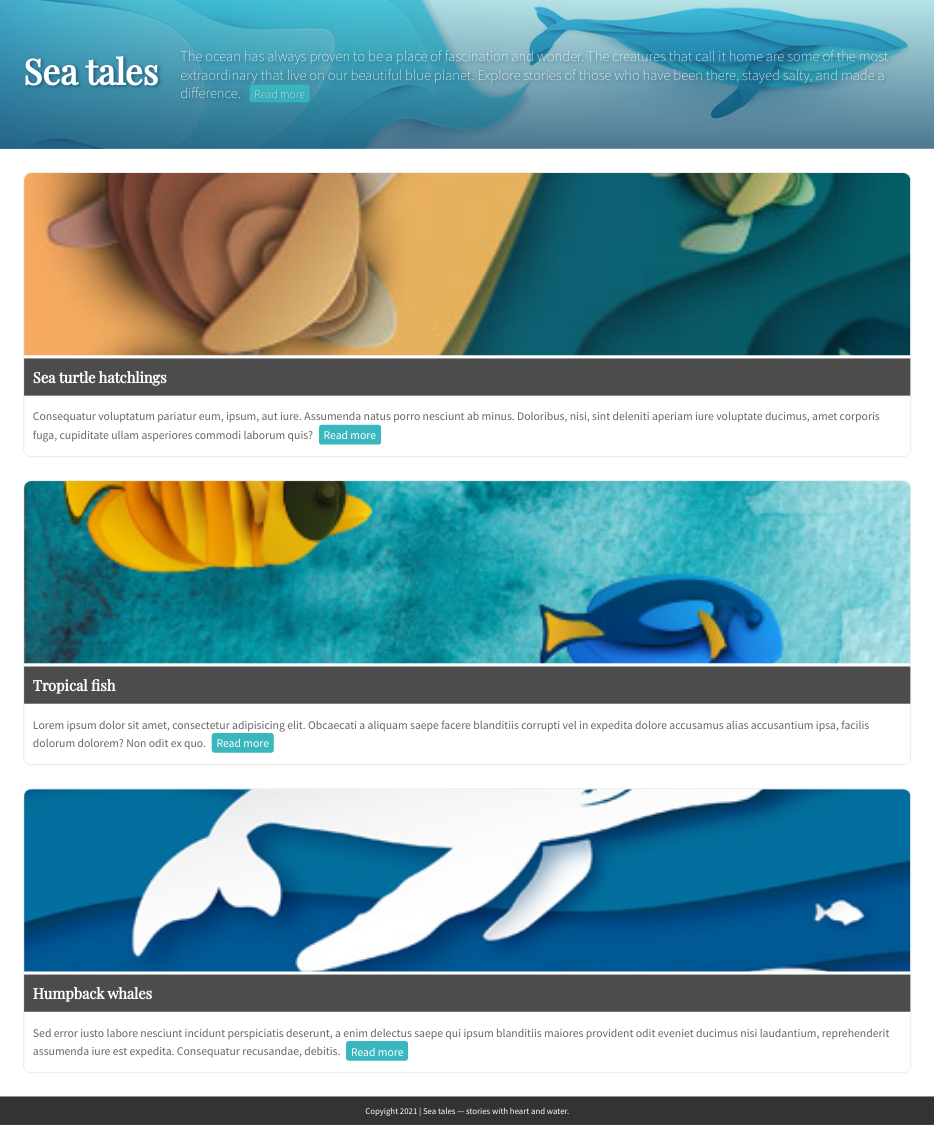
Repository: mariocapitbrok/css-combining-grid-and-flexbox-0305
Page: index.html
An editor plug-in stored every save of this project. The page is shown before and after the next save, followed by the edit.
The browser window is 1280 px wide. The pictures show the whole page, at 73% of full size.

Above is the page before, as saved 2022-10-07 13:59:35.

### index.html
<!DOCTYPE html>
<html lang="en">
<head>
    <meta charset="UTF-8">
    <meta name="viewport" content="width=device-width, initial-scale=1.0">
    <title>Responsive webpage using flex and grid</title>
    <link rel="stylesheet" href="styles/base.css">
</head>
<body>

<main class="wrapper">
    <section class="hero">
        <h1>Sea tales</h1>
        <p>The ocean has always proven to be a place of fascination and wonder. The creatures that call it home are some of the most extraordinary that live on our beautiful blue planet. Explore stories of those who have been there, stayed salty, and made a difference. <a href="#">Read more</a></p>
    </section>
    <section class="stories">
       <article>
            <figure>
                <img src="images/s1.jpg" alt="sea tales">
                <figcaption>
                    <h3>Sea turtle hatchlings</h3>
                </figcaption>
            </figure>
            <p>Consequatur voluptatum pariatur eum, ipsum, aut iure. Assumenda natus porro nesciunt ab minus. Doloribus, nisi, sint deleniti aperiam iure voluptate ducimus, amet corporis fuga, cupiditate ullam asperiores commodi laborum quis?<a href="">Read more</a></p>
        </article>

        <article>
            <figure>
                <img src="images/s2.jpg" alt="sea tales">
                <figcaption>
                    <h3>Tropical fish</h3>
                </figcaption>
            </figure>
            <p>Lorem ipsum dolor sit amet, consectetur adipisicing elit. Obcaecati a aliquam saepe facere blanditiis corrupti vel in expedita dolore accusamus alias accusantium ipsa, facilis dolorum dolorem? Non odit ex quo.<a href="">Read more</a></p>
        </article>

        <article>
            <figure>
                <img src="images/s3.jpg" alt="sea tales">
                <figcaption>
                    <h3>Humpback whales</h3>
                </figcaption>
            </figure>
            <p>Sed error iusto labore nesciunt incidunt perspiciatis deserunt, a enim delectus saepe qui ipsum blanditiis maiores provident odit eveniet ducimus nisi laudantium, reprehenderit assumenda iure est expedita. Consequatur recusandae, debitis.<a href="">Read more</a></p>
        </article>
    </section>
</main>

<footer>
    <p>Copyight 2021 | Sea tales &mdash; stories with heart and water.</p>
</footer>


</body>
</html>

### styles/base.css
@import url('https://fonts.googleapis.com/css?family=Playfair+Display|Source+Sans+Pro:200,400');

* {
    box-sizing: border-box;
    padding: 0;
    margin: 0;
}

body {
    font-family: 'Source Sans Pro', sans-serif;
}

h1, h2, h3, h4, h5, h6 {
    font-family: 'Playfair Display', serif;
}

a {
    background-color: #3ab6bf;
    text-decoration: none;
    color: white;
    border-radius: .25rem;
    display: inline-block;
    padding: .1em .4em;
    margin-left: .5em;
}

main.wrapper {
    max-width: 1300px;
    margin: auto;
}

/* HEADER */
.hero {
    background: linear-gradient(#3ab6bf5e, #1a5271c7), url('../images/hero.jpg') no-repeat top right;
    background-size: cover;
    color: #fff;
    padding: 2rem;
}

.hero h1 {
    font-size: 3rem;
    text-shadow: 2px 2px 5px #1a5271;
    margin-right: 30px;
}

.hero p {
    font-size: 1.25rem;
    font-weight: 200;
    text-shadow: 2px 2px 5px #1a5271;
}

.hero a {
    font-size: 1rem;
}


/* STORIES */
.stories {
    padding: 2rem;
}

.stories article {
    border: 1px solid #e2e2e2;
    border-radius: 10px;
}

.stories figure {

}

.stories img {
    border-top-left-radius: 10px;
    border-top-right-radius: 10px;
    object-fit: cover;
    width: 100%;
    height: 250px;
}

.stories figcaption {
   background-color: rgba(0,0,0,.7);
   width: 100%;
}

.stories figcaption h3 {
   color: white;
   padding: .75rem;
   font-size: 1.25rem;
}

.stories p {
   font-size: 1rem;
   line-height: 1.5;
   padding: 1rem .75rem;
   color: #666666;
}

/* FOOTER */
footer {
   background-color: #333;
   padding: .75rem;
   color: white;
   text-align: center;
   font-size: .75rem;
}


/* MEDIA QUERY */
@media screen and (min-width: 800px) {
    .hero {
        background-position: center center;
        padding: 4em 2em;
        display: flex;
    }

    .hero h1 {
        text-align: right;
        max-width: 50%;
        margin-left: auto;
    }

    .hero p {
        flex: 1;
    }

    .stories {
        padding: 2rem;
        display: grid;
        grid-template-columns: auto;
        grid-gap: 2rem
    }

}

After the next save:
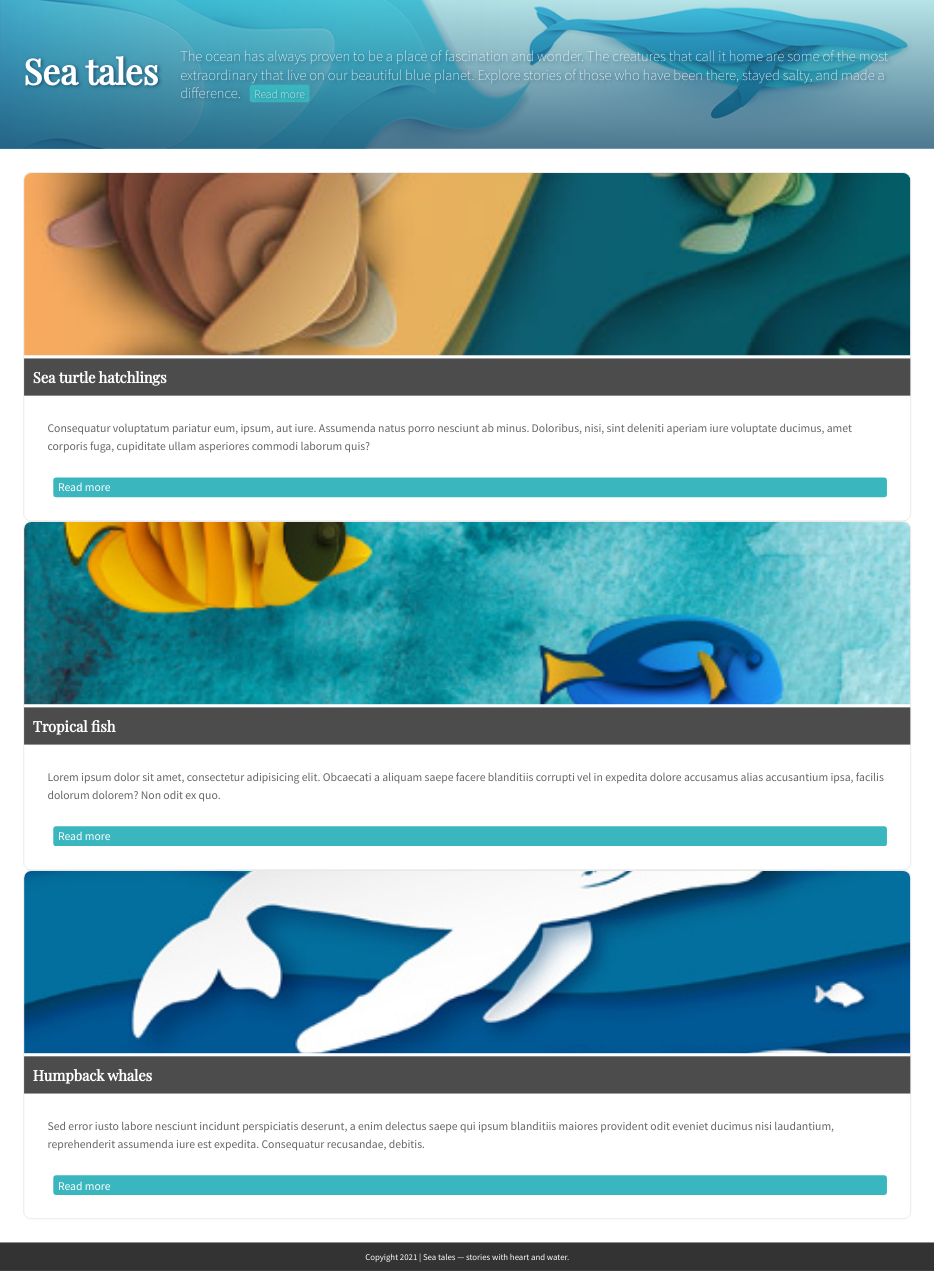
Saved 42 s later.
--- a/styles/base.css
+++ b/styles/base.css
@@ -92,6 +92,10 @@ main.wrapper {
    line-height: 1.5;
    padding: 1rem .75rem;
    color: #666666;
+   padding: 2rem;
+   display: grid;
+   grid-template-columns: auto;
+   grid-gap: 2rem
 }
 
 /* FOOTER */
@@ -123,10 +127,7 @@ footer {
     }
 
     .stories {
-        padding: 2rem;
-        display: grid;
-        grid-template-columns: auto;
-        grid-gap: 2rem
+
     }
 
 }
